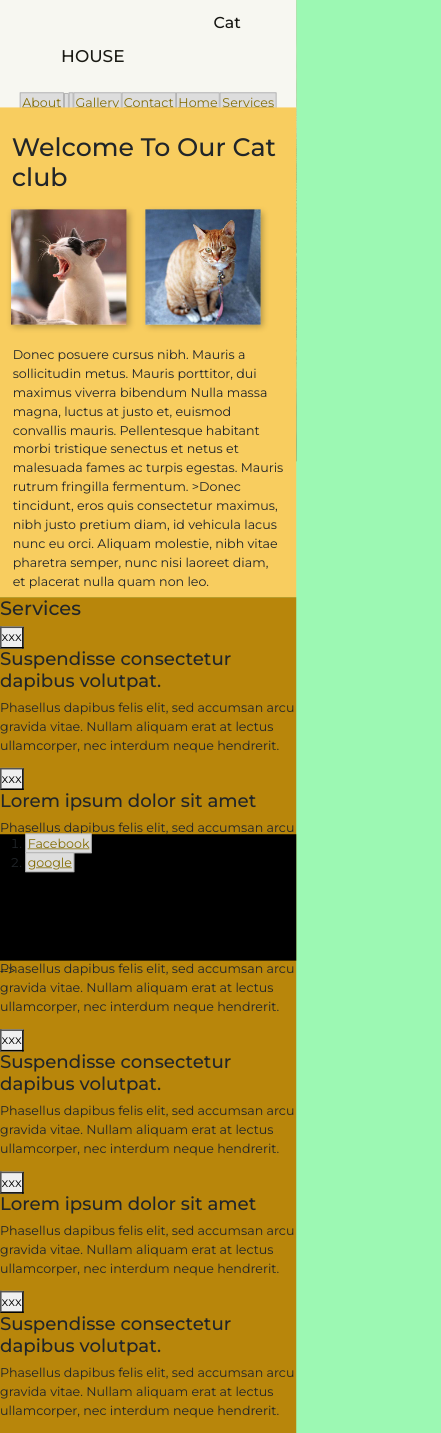
Repository: raul4264/final
Page: index.html
These files come from the project's save history. The page is drawn as it stood at one moment and after the next save; the edit follows.
The browser window is 375 px wide. The page is 558 px wide, so the pictures cover 558 px, including what lies to the right of the window. The pictures show the whole page, at 79% of full size.

Above is the page before, as saved 2021-03-28 13:50:00.

After the next save:
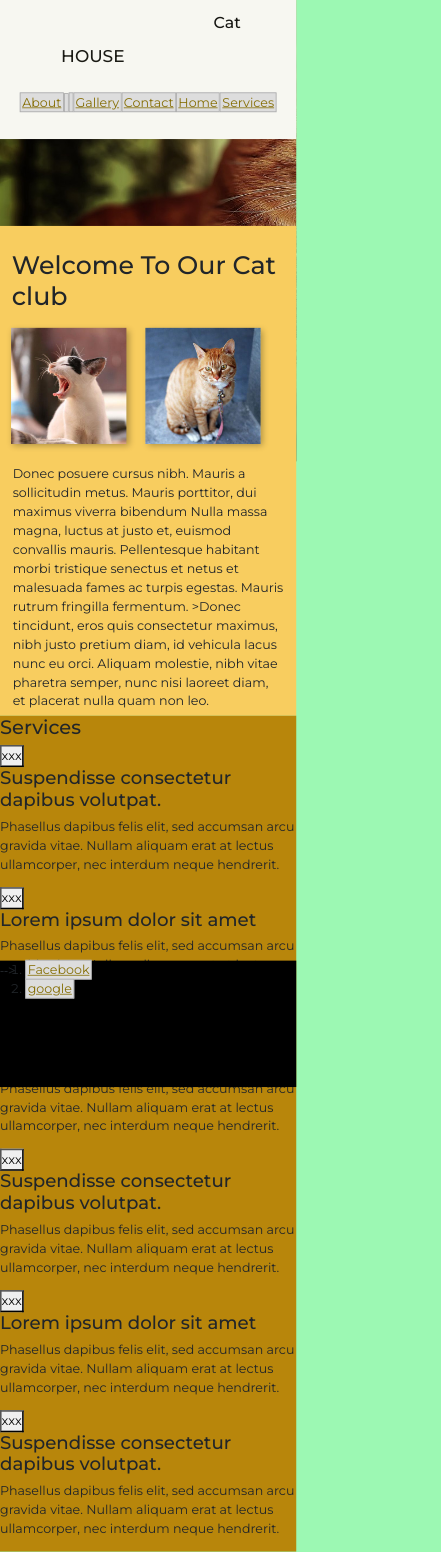
Saved 10 s later.
--- a/css/estilos.css
+++ b/css/estilos.css
@@ -21,7 +21,7 @@
 
         display: grid;
         grid-template-columns: 100%;
-        grid-template-rows: 15% 70 15%;
+        grid-template-rows: 15% 70% 15%;
     }
     header {
         height: 4vh;
